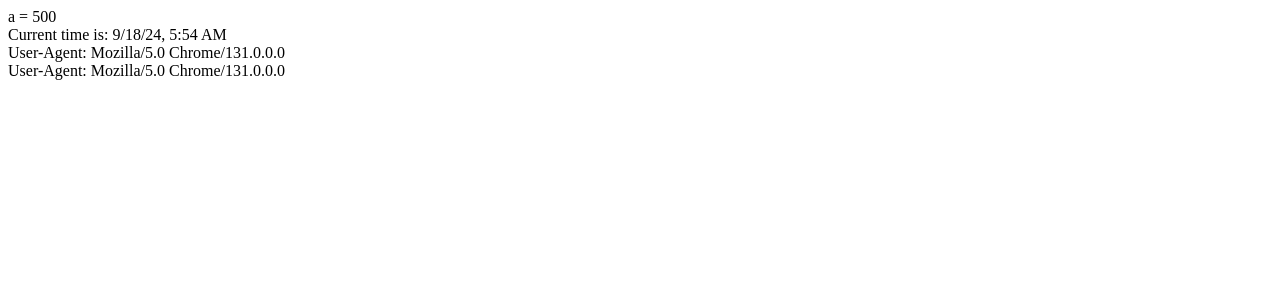
Repository: stanleydk4/JAVA_EE
Page: http://localhost/myWeb/hello.jsp
An editor plug-in stored every save of this project. The page is shown before and after the next save, followed by the edit.
The browser window is 1280 px wide. The pictures show the whole page.
The page is served by Tomcat 10.

Above is the page before, as saved 2024-09-19 06:03:08.

After the next save:
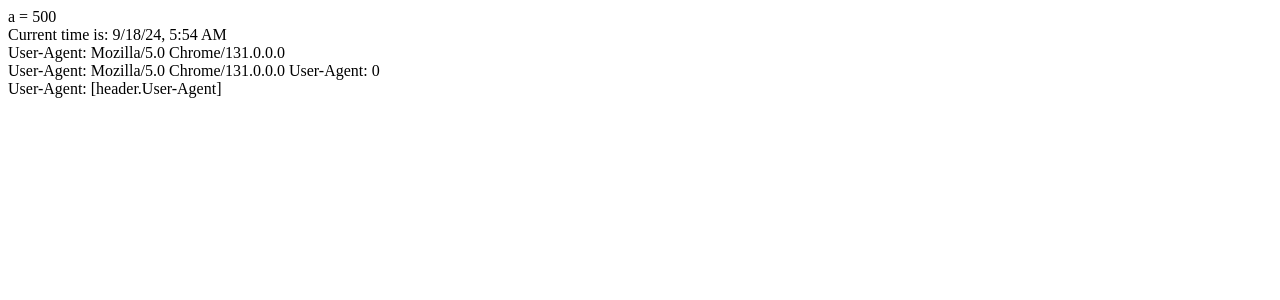
Saved 28 min 27 s later.
--- a/myWeb/src/main/webapp/hello.jsp
+++ b/myWeb/src/main/webapp/hello.jsp
@@ -18,5 +18,7 @@
 	<%--JSP Comment --%><br/>
 	User-Agent: <%= request.getHeader("User-Agent") %><br/>
 	User-Agent: <% out.println(request.getHeader("User-Agent")); %>
+	User-Agent: ${header.User-Agent}<br/>
+	User-Agent: ${["header.User-Agent"]}<br/>
 </body>
 </html>
